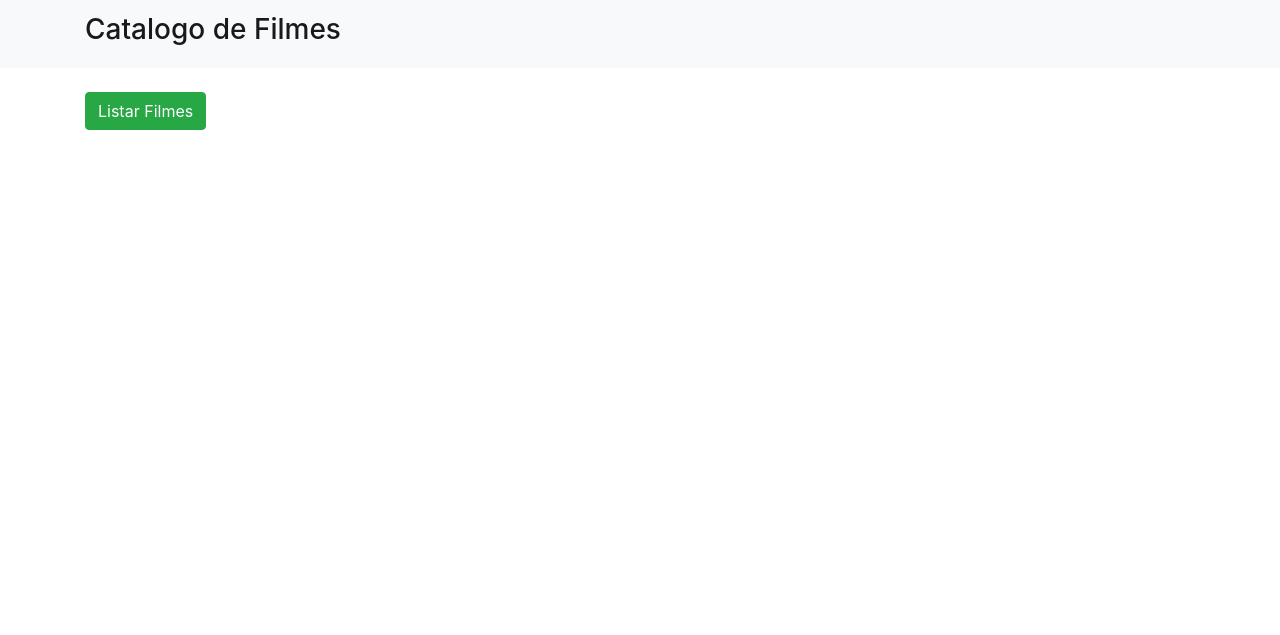
Repository: FredeRibeiro/htdocs-Desenvolvimento-Web-Completo-2019
Page: ajax/filmes.html
The author's editor kept a copy of each file at every save. The page is drawn from the files as they stood at one save, then again after the next save.
The browser window is 1280 px wide. The pictures show the whole page.
After loading, the first visible `button.btn` was clicked once.

Above is the page before, as saved 2019-10-16 13:19:20.
Console error: TypeError: divRow.oppendChild is not a function

### ajax/filmes.html
<!DOCTYPE html>
<html lang="en">
<head>
	<meta charset="UTF-8">
	<meta name="viewport" content="width=device-width, initial-scale=1.0">
	<meta http-equiv="X-UA-Compatible" content="ie=edge">

	<link rel="stylesheet" href="https://stackpath.bootstrapcdn.com/bootstrap/4.1.3/css/bootstrap.min.css"
		integrity="sha384-MCw98/SFnGE8fJT3GXwEOngsV7Zt27NXFoaoApmYm81iuXoPkFOJwJ8ERdknLPMO" crossorigin="anonymous">

		<script src="xmltojson.js"></script>

		<script>
			function getFilmes() {

				let xmlHttp = new XMLHttpRequest();

				xmlHttp.open('GET', 'http://localhost/ajax/filmes.xml');

				xmlHttp.onreadystatechange = () => {
					if (xmlHttp.readyState == 4 && xmlHttp.status == 200) {
						let XMLFilmes = xmlHttp.responseText

						let parser = new DOMParser();

						domFilmes = parser.parseFromString(XMLFilmes, 'text/xml');

						jsonFilmes = xmlToJson(domFilmes)

						for(let i in jsonFilmes['filmes']['filme']){
							console.log(jsonFilmes['filmes']['filme'][i
						]);

							let divRow = document.createElement('div')
							divRow.className = 'row'

							let divCol = document.createElement('div')
								divCol.className = 'col'

							let p1 = document.createElement('p')
								p1.innerHTML = '<strong> Título:</strong> Título de Filme';
							let p2 = document.createElement('p')
								p2.innerHTML = '<strong> Resumo:</strong> Resumo de Filme';
							let p3 = document.createElement('p')
								p3.innerHTML = '<strong> Gênero:</strong> Gênero de Filme';
							let p4 = document.createElement('p')
								p4.innerHTML = '<strong> Elenco:</strong> Elenco de Filme';
							let p5 = document.createElement('p')
								p5.innerHTML = '<strong> Data de Lançamento:</strong> Data de Lançamento de Filme';

							let hr = document.createElement('hr');

								divRow.oppendChild(divCol);
								divCol.appendChild(p1);
								divCol.appendChild(p2);
								divCol.appendChild(p3);
								divCol.appendChild(p4);
								divCol.appendChild(p5);
								divCol.appendChild(hr);


							document.getElementById('lista').appendChild(divRow)

						}
					}

					if (xmlHttp.readyState == 4 && xmlHttp.status == 404) {
						//..
					}
				}

				xmlHttp.send();

			}
		</script>


	<title>Catalogo de Filmes</title>


</head>
<body>
	<nav class="navbar navbar-light bg-light mb-4">
		<div class="container">
			<div class="navbar-brand mb-0 h1">
				<h3>Catalogo de Filmes</h3>
			</div>
		</div>
	</nav>

	<div class="container" id="lista">
		<div class="row mb-5">
			<div class="col">
				<button class="btn btn-success" type="button" onclick="getFilmes()">Listar Filmes</button>
			</div>
		</div>
	</div>
</body>
</html>

### ajax/xmltojson.js
function xmlToJson(xml) {


    var obj = {}, i, j, attribute, item, nodeName, old;

    if (xml.nodeType === 1) { // element
        // do attributes
        if (xml.attributes.length > 0) {
            obj["@attributes"] = {};
            for (j = 0; j < xml.attributes.length; j = j + 1) {
                attribute = xml.attributes.item(j);
                obj["@attributes"][attribute.nodeName] = attribute.nodeValue;
            }
        }
    } else if (xml.nodeType === 3) { // text
        obj = xml.nodeValue.trim();
    }

    // do children
    if (xml.hasChildNodes()) {
        for (i = 0; i < xml.childNodes.length; i = i + 1) {
            item = xml.childNodes.item(i);
            nodeName = item.nodeName;
            if ((obj[nodeName]) === undefined) {
                obj[nodeName] = xmlToJson(item);
            } else {
                if ((obj[nodeName].push) === undefined) {
                    old = obj[nodeName];
                    obj[nodeName] = [];
                    obj[nodeName].push(old);
                }
                obj[nodeName].push(xmlToJson(item));
            }
        }
    }
    return obj;
};

After the next save:
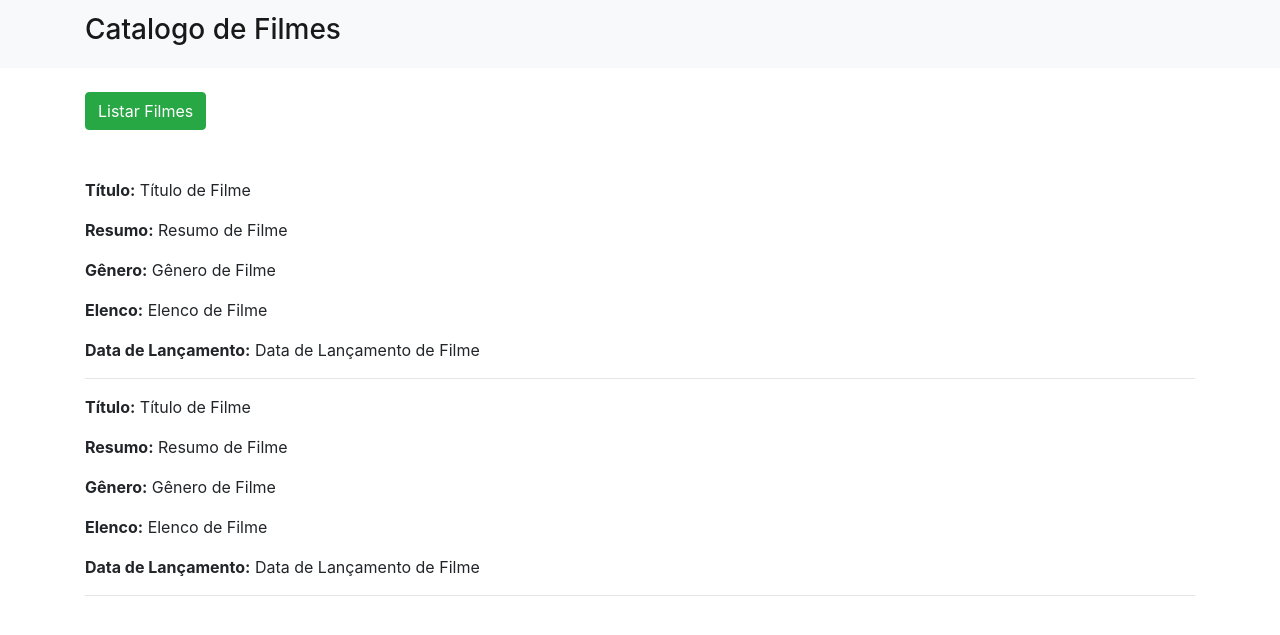
The error is gone.
Saved 2 min 43 s later.
--- a/ajax/filmes.html
+++ b/ajax/filmes.html
@@ -50,7 +50,7 @@
 
 							let hr = document.createElement('hr');
 
-								divRow.oppendChild(divCol);
+								divRow.appendChild(divCol);
 								divCol.appendChild(p1);
 								divCol.appendChild(p2);
 								divCol.appendChild(p3);
